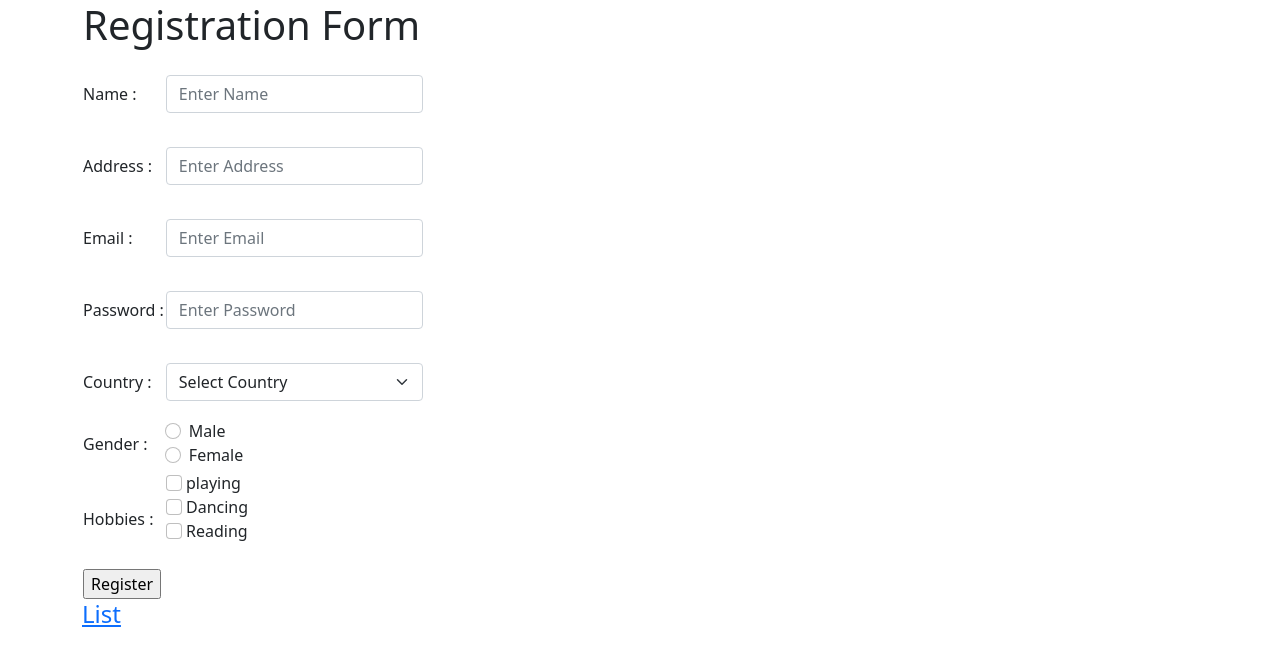
Repository: testuser85495/Java-Practical
Page: http://localhost/First_demo/
The author's editor kept a copy of each file at every save. The page is drawn from the files as they stood at one save, then again after the next save.
The browser window is 1280 px wide. The pictures show the whole page.
The page is served by Tomcat 9. Other server files are loaded and not shown.

Above is the page before, as saved 2024-07-23 13:33:02.

### First_demo/src/main/webapp/index.jsp
<%@ page language="java" contentType="text/html; charset=UTF-8"
	pageEncoding="UTF-8"%>
<!DOCTYPE html>
<html>
<head>
    <!-- Required meta tags -->
    <meta charset="utf-8">
    <meta name="viewport" content="width=device-width, initial-scale=1">

    <!-- Bootstrap CSS -->
    <link href="https://cdn.jsdelivr.net/npm/bootstrap@5.0.2/dist/css/bootstrap.min.css" rel="stylesheet" integrity="sha384-EVSTQN3/azprG1Anm3QDgpJLIm9Nao0Yz1ztcQTwFspd3yD65VohhpuuCOmLASjC" crossorigin="anonymous">

    <title>Edit</title>
  </head>


<body>
	<div class="container">
		<%-- <h3 class="scriptlet">
			<%
			String msg = (String) request.getAttribute("msg");
			if (msg != null) {
				out.print(msg);
			}
			%>
		</h3> --%>

		<form action="UserController" method="post">
			<table cellspacing="15" class="tbl_reg">
				<tr>
					<td colspan="2">
						<h1>Registration Form</h1>
					</td>
				</tr>
				<tr>
					<td><label>Name : </label></td>
					<td><input type="text" name="name" placeholder="Enter Name" class="form-control my-3"
						required="required"></td>
				</tr>

				<tr>
					<td><label>Address : </label></td>
					<td><input type="text" name="address"
						placeholder="Enter Address" required="required" class="form-control my-3"></td>
				</tr>


				<tr>
					<td><label>Email : </label></td>
					<td><input type="email" name="email" placeholder="Enter Email"
						required="required" class="form-control my-3"></td>
				</tr>
				<tr>
					<td><label>Password : </label></td>
					<td><input type="password" name="password"
						placeholder="Enter Password" required="required" class="form-control my-3"></td>
				</tr>

				<tr>
					<td><label>Country : </label></td>
					<td><select name="country" id="Country" class="form-select my-3">
					        <option selected>Select Country</option>
							<option value="India">India</option>
							<option value="USA">USA</option>
							<option value="Canada">Canada</option>
							<option value="UK">UK</option>
					</select></td>
				</tr>

				<tr>
					<td><label>Gender : </label></td>
					<td class="form-check form-check-inline"><input type="radio" name="gender" value="male" class="form-check-input">Male<br>

						<input type="radio" name="gender" value="female" class="form-check-input">
						Female<br></td>
				</tr>


				<tr>
					<td><label>Hobbies : </label></td>


					<td><input type="checkbox" name="hobbie" value="playing" class="form-check-input">
					<label for="Hobbies"> playing</label>
					<br>
					<input type="checkbox" name="hobbie" value="Dancing" class="form-check-input">
					<label for="Hobbies"> Dancing</label>
					<br>
					<input type="checkbox" name="hobbie" value="Reading" class="form-check-input">
					<label for="Hobbies"> Reading</label>
					<br>
					<br></td>


				</tr>

				<tr>
					<td colspan="2"><input type="Submit" name="action"
						value="Register" class="reg_submit" id="reg_submit" /></td>
				</tr>
			</table>
			<h4><a href="home.jsp">List</a></h4>
		</form>
	</div>
</body>
</html>

After the next save:
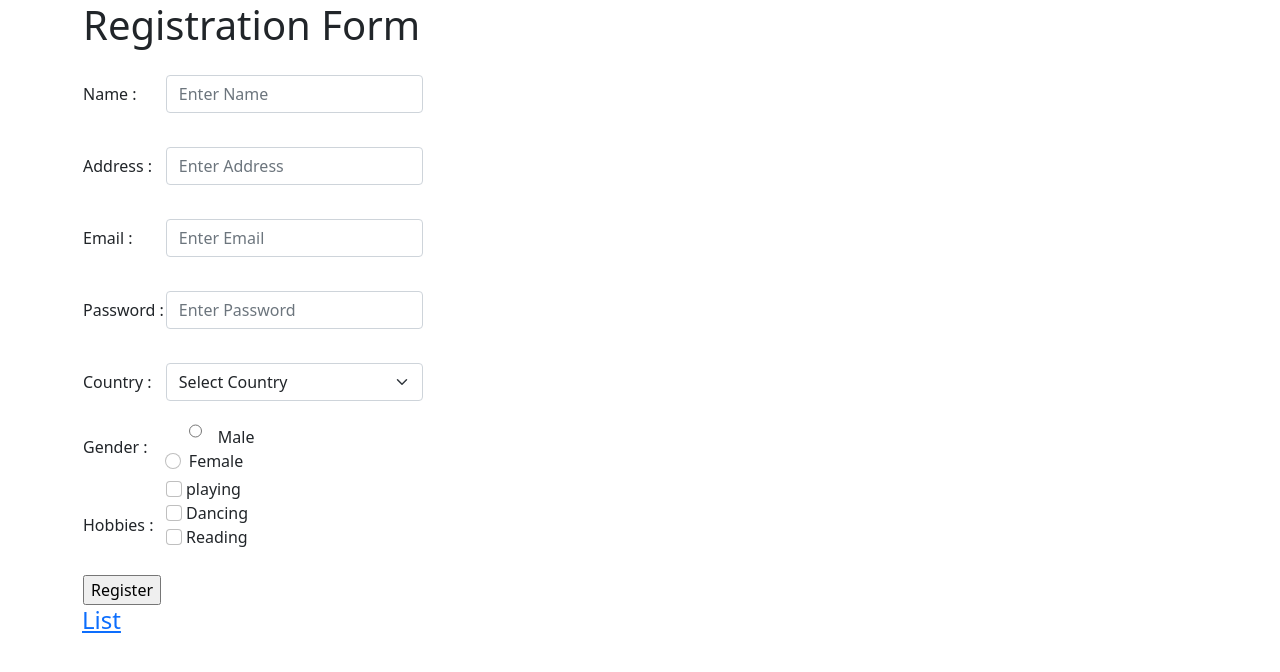
Saved 31 s later.
--- a/First_demo/src/main/webapp/index.jsp
+++ b/First_demo/src/main/webapp/index.jsp
@@ -69,7 +69,7 @@
 
 				<tr>
 					<td><label>Gender : </label></td>
-					<td class="form-check form-check-inline"><input type="radio" name="gender" value="male" class="form-check-input">Male<br>
+					<td class="form-check form-check-inline"><input class="form-check form-check-inline" type="radio" name="gender" value="male" class="form-check-input">Male<br>
 
 						<input type="radio" name="gender" value="female" class="form-check-input">
 						Female<br></td>
